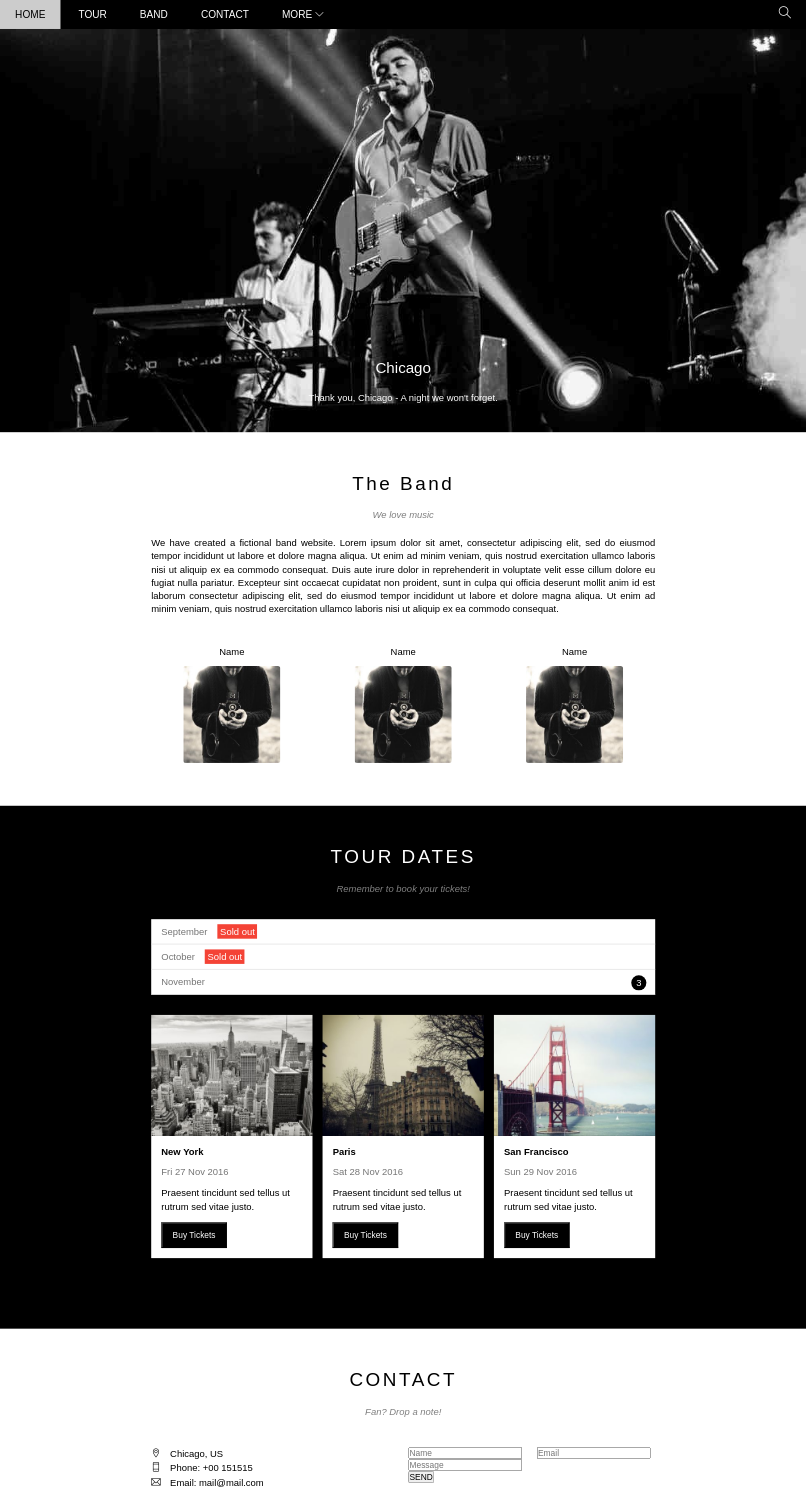
Repository: ducvui2003/LTCB
Page: index.html
The author's editor kept a copy of each file at every save. The page is drawn from the files as they stood at one save, then again after the next save.
The browser window is 1280 px wide. The pictures show the whole page, at 63% of full size.

Above is the page before, as saved 2022-01-13 10:41:53.

### index.html
<!DOCTYPE html>
<html lang="en">

<head>
    <meta charset="UTF-8">
    <meta http-equiv="X-UA-Compatible" content="IE=edge">
    <meta name="viewport" content="width=device-width, initial-scale=1.0">
    <title>The Band W3_School</title>
    <link rel="stylesheet" href="./assest/Css/styles.css">
    <link rel="stylesheet" href="./assest/Fonts/themify-icons-font (1)/themify-icons/themify-icons.css">
</head>

<body>
    <div id="main">
        <!-- Begin: Header -->
        <div id="header">
            <!-- Begin: Nav -->
            <ul id="nav">
                <li>
                    <a href="">Home</a>
                </li>
                <li>
                    <a href="">Tour</a>
                </li>
                <li>
                    <a href="">Band</a>
                </li>
                <li>
                    <a href="">Contact</a>
                </li>
                <li>
                    <a href="">
                        More
                        <!-- icons -->
                        <i class="nav-arrow-down ti-angle-down"></i>
                    </a>
                    <ul class="subnav">
                        <li>
                            <a href="">Merchandise</a>
                        </li>
                        <li>
                            <a href="">Extras</a>
                        </li>
                        <li>
                            <a href="">Media</a>
                        </li>
                    </ul>
                </li>
            </ul>
            <!-- End: Nav -->
            <!-- Begin: Search button -->
            <div class="search-button">
                <i class="search-icon ti-search"></i>
            </div>
            <!-- End: Search button -->
        </div>
        <!-- End: Header -->

        <!-- Begin: Slides -->
        <div id="slides">
            <div class="text-content">
                <h2 class="text-heading">Chicago</h2>
                <div class="text-paragraph">Thank you, Chicago - A night we won't forget.
                </div>
            </div>
        </div>
        <!-- End: Slides -->

        <!-- Begin: Content -->
        <div id="content">

            <!-- About section -->
            <div class="content-section">
                <h1 class="section-heading">The Band</h1>
                <p class="section-sub-heading">We love music

                </p>
                <p class="content-text">We have created a fictional band website. Lorem ipsum dolor sit amet, consectetur adipiscing elit, sed do eiusmod tempor incididunt ut labore et dolore magna aliqua. Ut enim ad minim veniam, quis nostrud exercitation ullamco laboris nisi
                    ut aliquip ex ea commodo consequat. Duis aute irure dolor in reprehenderit in voluptate velit esse cillum dolore eu fugiat nulla pariatur. Excepteur sint occaecat cupidatat non proident, sunt in culpa qui officia deserunt mollit anim
                    id est laborum consectetur adipiscing elit, sed do eiusmod tempor incididunt ut labore et dolore magna aliqua. Ut enim ad minim veniam, quis nostrud exercitation ullamco laboris nisi ut aliquip ex ea commodo consequat.</p>

                <!-- Team section -->
                <div class="row member-list">
                    <div class="col col-third text-align">
                        <p class="member-name">Name</p>
                        <img src="./assest/Img/Teams/membersAvatar.jpg" alt="Name" class="member-avatar">
                    </div>

                    <div class="col col-third text-align">
                        <p class="member-name">Name</p>
                        <img src="./assest/Img/Teams/membersAvatar.jpg" alt="Name" class="member-avatar">
                    </div>

                    <div class="col col-third text-align">
                        <p class="member-name">Name</p>
                        <img src="./assest/Img/Teams/membersAvatar.jpg" alt="Name" class="member-avatar">
                    </div>
                    <div class="clear"></div>
                </div>
            </div>

            <!-- Tour section -->
            <div class="tour-section">
                <div class="content-section">
                    <h1 class=" text-white section-heading">TOUR DATES</h1>
                    <p class="text-white section-sub-heading">Remember to book your tickets!</p>

                    <!-- Ticket-list -->
                    <ul class="ticket-list">
                        <li>September<span class="sold-out">Sold out</span></li>
                        <li>October<span class="sold-out">Sold out</span></li>
                        <li>November <span class="quantity">3</span></li>
                    </ul>

                    <!-- Places -->
                    <div class="row place-list">
                        <!-- Place 1 -->
                        <div class="col col-third">
                            <img src="./assest/Img/Places/place1.jpg" alt="New York" class="place-img">
                            <div class="place-body">
                                <h3 class="place-heading">New York</h3>
                                <p class="place-time">Fri 27 Nov 2016</p>
                                <p class="place-desc">Praesent tincidunt sed tellus ut rutrum sed vitae justo.</p>
                                <button class="buy-ticket js-buy-ticket">Buy Tickets</button>
                            </div>
                        </div>
                        <!-- Place 2 -->
                        <div class="col col-third">
                            <img src="./assest/Img/Places/place2.jpg" alt="Paris" class="place-img">
                            <div class="place-body">
                                <h3 class="place-heading">Paris</h3>
                                <p class="place-time">Sat 28 Nov 2016</p>
                                <p class="place-desc">Praesent tincidunt sed tellus ut rutrum sed vitae justo.</p>
                                <button class="buy-ticket js-buy-ticket">Buy Tickets</button>
                            </div>
                        </div>
                        <!-- Place 3 -->
                        <div class="col col-third">
                            <img src="./assest/Img/Places/place3.jpg" alt="San Francisco" class="place-img">
                            <div class="place-body">
                                <h3 class="place-heading">San Francisco</h3>
                                <p class="place-time">Sun 29 Nov 2016</p>
                                <p class="place-desc">Praesent tincidunt sed tellus ut rutrum sed vitae justo.</p>
                                <button class="buy-ticket js-buy-ticket">Buy Tickets</button>
                            </div>
                        </div>
                        <div class="clear"></div>
                    </div>
                </div>
            </div>

            <!-- Contact section -->
            <div class="content-section">
                <h1 class="section-heading">CONTACT</h1>
                <p class="section-sub-heading">Fan? Drop a note! </p>

                <div class="row contact-content">
                    <div class="col col-half contact-info">
                        <p><i class="ti-location-pin"></i>Chicago, US</p>
                        <p><i class="ti-mobile"></i>Phone: +00 151515</p>
                        <p><i class="ti-email"></i>Email: mail@mail.com</p>
                    </div>
                    <div class="col col-half contact-form">
                        <!-- Form -->
                        <form action="">
                            <div class="row">

                                <div class="col col-half ">
                                    <input type="text" placeholder="Name" class="form-control">
                                </div>

                                <div class="col col-half">
                                    <input type="email" placeholder="Email" class="form-control">
                                </div>

                            </div>
                            <div class="row">
                                <div class="col col-full">
                                    <input type="text" placeholder="Message" class="form-control">
                                </div>
                            </div>
                            <input type="submit" value="SEND">
                        </form>
                    </div>

                </div>
            </div>

        </div>

        <!-- End: Content -->
        <div id="footer"></div>
    </div>
    </div>

    <!-- Modal -->
    <div class="modal js-modal">

        <div class="modal-container js-modal-container">
            <div class="modal-close js-modal-close">
                <ti class="ti-close"></ti>
            </div>

            <!-- Thẻ header dùng y như thẻ div -->
            <header class="heading-modal">
                <i class="ti-bag">
            Tickets
            </i>
            </header>

            <div class="modal-body">
                <!-- quantity is id of input, it help user focus in label -->
                <label for="ticket-quantity" class="modal-label">
                    <i class="ti-shopping-cart"></i>
                    Tickets, $15 per person
                </label>
                <input id="ticket-quantity" type="text" class="modal-input" placeholder="How many?">

                <!-- quantity is id of input, it help user focus in label -->
                <label for="ticket-email" class="modal-label">
                    <i class="ti-user"></i>
                    Send To
                </label>
                <input id="ticket-email" type="email" class="modal-input" placeholder="Enter email">
                <button class="pay-ticket">
                    Pay
                    <i class="ti-check">
                    </i>
                </button>
            </div>

            <footer class="modal-footer">
                <p class="modal-help">Need <a href="">help?</a></p>
            </footer>
        </div>
    </div>


    <script>
        // querySelectorAll: Lấy ra tất cả
        const buyBtns = document.querySelectorAll('.js-buy-ticket')
            // querySelector: Lấy ra 1 thành phần
        const modal = document.querySelector('.modal')
        const modalClose = document.querySelector('.js-modal-close')
        const modalContainer = document.querySelector('.js-modal-container')

        // Function use to show modal tickets(add open to .modal)
        function showBuyTickets() {
            modal.classList.add('open')
        }

        // Function use to hide modal tikets (remove open of .modal)
        function hideBuyTickets() {
            modal.classList.remove('open')
        }

        // Loop 3 button and listen Event Click
        // Run 3 rounds
        for (const buyBtn of buyBtns) {
            // addEventListner: lắng nghe hành vi người dung (click chuột) bên trong là thao tác kèm theo đó là hành động xảy ra sau khi click vào đó, ở đây t để 1 hàm sau dâu (,) để show menu ticket
            buyBtn.addEventListener('click', showBuyTickets)
        }
        // Listen Event when user clicked button close

        modalClose.addEventListener('click', hideBuyTickets)

        modal.addEventListener('click', hideBuyTickets)

        modalContainer.addEventListener('click', function(event) {
            event.stopPropagation()
        })
    </script>
</body>

</html>

### assest/Css/styles.css
/* Common */

* {
    padding: 0;
    margin: 0;
    box-sizing: border-box;
}

html {
    font-family: Arial, Helvetica, sans-serif;
}

.clear {
    clear: both;
}


/* Dung cho chu mau trang */

.text-white {
    color: white !important;
}

.text-align {
    text-align: center !important;
}

.row {
    margin: 0px -8px;
}

.col {
    float: left;
    padding: 0 8px;
}

.col-full {
    width: 100%;
}

.col-half {
    width: 50%;
}

.col-third {
    width: calc(100% / 3);
}


/* main */

#main {}

#header {
    position: fixed;
    top: 0;
    right: 0;
    left: 0;
    /* fixed đang nổi lên nó sẽ nhường vị trí cho div slides tiếp theo */
    height: 46px;
    background-color: black;
    z-index: 1;
    /* dùng để thêm vào thẻ fixed nhằm đẩy block lên trên các block khác theo chiều cao, giá trị là 0, 1,... */
}

#nav {
    display: inline-block;
    /* display để thẻ nav chỉ dài đúng nội dung của nó thôi */
}

#nav,
.subnav {
    list-style: none;
}

#nav>li {
    display: inline-block;
}

#nav li {
    position: relative;
}

#nav>li>a {
    color: white;
    text-transform: uppercase;
    /* chinh chu thuong thanh hoa */
}

#nav li a {
    text-decoration: none;
    line-height: 46px;
    padding: 0 24px;
    display: block;
}

#nav li:hover .subnav {
    display: block;
}

#nav>li:hover>a,
#nav .subnav li:hover a {
    background-color: #ccc;
    color: black;
}

#nav li:hover a {
    /* line-height: 46px; */
}

#nav .subnav {
    display: none;
    position: absolute;
    top: 46px;
    background-color: #fff;
    box-shadow: 0 0 10px rgba(0, 0, 0, 0.3);
}

#nav .subnav li a {
    color: black;
    padding: 0 16px;
    line-height: 38px;
    width: 160px;
}

#nav .nav-arrow-down {
    font-size: 14px;
}

#header .search-button {
    float: right;
    /* thẻ search-button là thẻ div, có tính kế thừa chiều ngang, nên khi float vào sẽ vô hiệu hoá tính kế thừa chiều ngang đó */
    line-height: 46px;
    padding: 0 24px;
}

#header .search-button:hover {
    background-color: #f44336;
    cursor: pointer;
    /* Dùng để thay đổi con trỏ chuột khi di vào */
}

#header .search-icon {
    color: white;
    font-size: 20px;
}

#slides {
    /* min-height: 1000px; */
    /* background-color: pink; */
    margin-top: 46px;
    padding-top: 50%;
    /* 50% chieu ngang cua chinh the do */
    background: url('/assest/Img/Slides/ChicagoPicture.jpg') top center / cover no-repeat;
    /* shorthand */
    position: relative;
}

#slides .text-content {
    position: absolute;
    bottom: 46px;
    left: 50%;
    /* Cách lề trái 50% chiều ngang */
    transform: translateX(-50%);
    /* Dùng để lùi thẻ theo trục X 50% chiều dài -> Mục đích kết hợp vs transform để căn giữa block */
    color: white;
    text-align: center;
    /* Dùng để căn giữa content, ko dùng để căn block */
    /* cách 2: Thêm width: 100% */
    /* /* cách 3 left: 0 right: 0; */
}

#slides .text-heading {
    font-weight: 500;
    /* dùng để điều chỉnh lại độ dày của chữ, giá trị từ 100-1000  */
    font-size: 24px;
    margin-bottom: 25px;
}

#slides .text-paragraph {
    font-size: 15px;
}

#content {}

#content .content-section {
    width: 800px;
    padding: 64px 0;
    margin-left: auto;
    margin-right: auto;
}

#content .section-heading {
    font-size: 30px;
    font-weight: 500;
    text-align: center;
    letter-spacing: 4px;
}

#content .section-sub-heading {
    font-size: 15px;
    text-align: center;
    margin-top: 25px;
    font-style: italic;
    opacity: 0.5;
}

#content .content-text {
    font-size: 15px;
    margin-top: 25px;
    text-align: justify;
    /* Can deu van ban */
    line-height: 1.4;
    /* Khoang cach giua 2 hang chu */
}

#content .member-list {
    margin-top: 48px;
    /* overflow: hidden; */
}

#content .member-name {
    font-size: 15px;
}

#content .member-avatar {
    margin-top: 15px;
    width: 154px;
    /* Dung the <img> thì chỉ cần đặt 1 chiều */
    border-radius: 4px;
    /* Dùng để tạo bo góc của ảnh */
}


/* Tour-section */

#content .tour-section {
    background-color: black;
}


/* Ticket-list */

.ticket-list {
    background-color: white;
    margin-top: 40px;
}

.ticket-list li {
    font-size: 15px;
    padding: 11px 16px;
    border-bottom: 1px solid #ddd;
    color: #757575;
    list-style: none;
}

.ticket-list .sold-out {
    color: white;
    background-color: #f44336;
    margin-left: 16px;
    padding: 3px 4px;
}

.ticket-list .quantity {
    float: right;
    width: 24px;
    height: 24px;
    border-radius: 50%;
    /* Tao bop goc deu de co hinh tron */
    text-align: center;
    line-height: 24px;
    background-color: black;
    color: white;
    margin: -2px;
    /* Có thẻ float nên có thuộc tính block -> xét đc width, height, dùng đc margin (-) */
}


/* Plac-list */

.place-list {
    margin-top: 32px;
    padding-bottom: 48px;
}


/* .place-ticket {
    width: calc(100% / 3);
} */

.place-img {
    width: 100%;
    display: block;
}

.place-img:hover {
    opacity: 0.6;
}

.place-body {
    background-color: white;
    padding: 16px;
    font-size: 15px;
    /* font-size có tính kế thừa */
}

.place-heading {
    font-size: 15px;
    font-weight: 600;
}

.place-time {
    margin-top: 15px;
    color: #757575;
}

.place-desc {
    margin-top: 15px;
    line-height: 1.4;
}

.buy-ticket {
    color: white;
    background-color: black;
    text-decoration: none;
    display: inline-block;
    padding: 11px 16px;
    margin-top: 15px;
}

.buy-ticket:hover {
    color: black;
    background-color: #ccc;
}


/* Contact -form */

.contact-content {
    margin-top: 48px;
}

.contact-info {
    font-size: 15px;
    line-height: 1.5;
}

.contact-info i[class*="ti-"] {
    width: 30px;
    display: inline-block;
}

.contact-form {
    font-size: 15px;
}

.contact-form .form-cotrol {
    padding: 10px;
    border: 1px solid #ccc;
}

#footer {}


/* Modal */

.modal {
    /* Create Overlay */
    position: fixed;
    left: 0;
    right: 0;
    top: 0;
    bottom: 0;
    background-color: rgba(0, 0, 0, 0.4);
    /* Flex-box */
    /* Căn items theo chiều cao */
    align-items: center;
    /* Căn items theo chiều ngang */
    justify-content: center;
    display: none;
}

.modal.open {
    display: flex;
}

.modal-container {
    background-color: #fff;
    width: 900px;
    max-width: calc(100% - 32px);
    min-height: 200px;
    position: relative;
    animation: modalFadeIn ease 0.5s;
}

.modal-container .modal-close {
    position: absolute;
    top: 0;
    right: 0;
    font-size: 24px;
    color: white;
    /* Make Icon large */
    padding: 12px;
}

.modal-container .modal-close:hover {
    color: black;
    background-color: #ccc;
    cursor: pointer;
    opacity: 0.8;
}

.heading-modal {
    width: 100%;
    height: 129px;
    /* flex */
    display: flex;
    align-items: center;
    justify-content: center;
    background-color: #009688;
    font-size: 30px;
    color: white;
    font-family: 'Segoe UI', Tahoma, Geneva, Verdana, sans-serif;
    letter-spacing: 4px;
}

.modal-body {
    padding: 16px;
}

.modal-label {
    display: block;
    font-size: 15px;
    margin-bottom: 12px;
}

.modal-input {
    padding: 8px;
    border: 1px solid #ccc;
    width: 100%;
    font-size: 15px;
    margin-bottom: 24px;
}

.pay-ticket {
    width: 100%;
    padding: 18px;
    background-color: #009688;
    color: white;
    font-size: 15px;
    border: 0px none;
    text-transform: uppercase;
}

.pay-ticket:hover {
    color: black;
    background-color: #ccc;
    cursor: pointer;
    opacity: 0.9;
}

.modal-footer {
    padding: 16px;
    text-align: right;
}

.modal-footer .modal-help a {
    color: #2196F3;
}


/* animation */

@keyframes modalFadeIn {
    from {
        opacity: 0;
        transform: translateY(-140px);
    }
    to {
        opacity: 1;
        transform: translateY(0);
    }
}

Loaded but not shown: assest/Fonts/themify-icons-font (1)/themify-icons/themify-icons.css (common file)

After the next save:
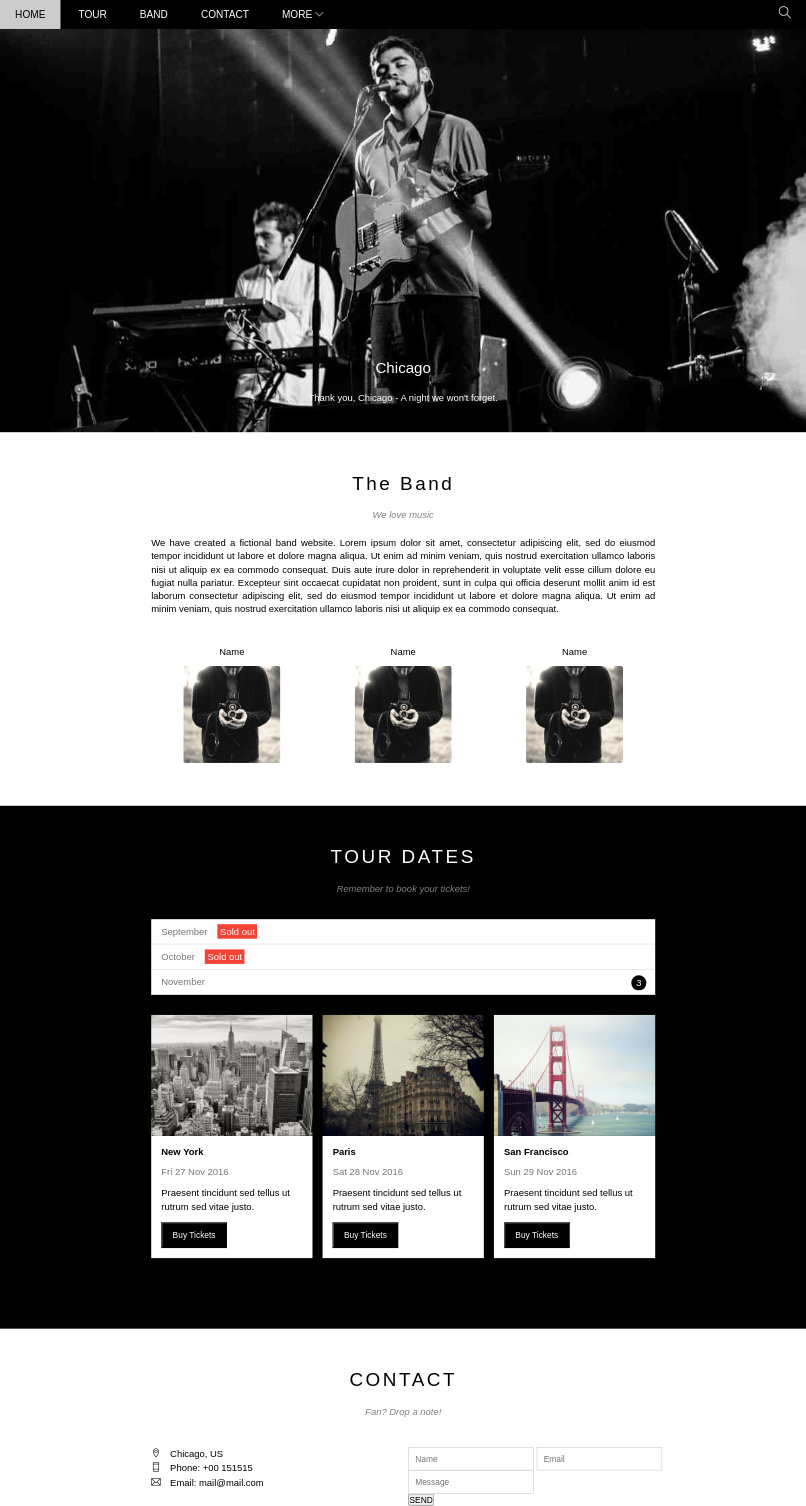
Saved 23 s later.
--- a/assest/Css/styles.css
+++ b/assest/Css/styles.css
@@ -354,7 +354,7 @@
     font-size: 15px;
 }
 
-.contact-form .form-cotrol {
+.contact-form .form-control {
     padding: 10px;
     border: 1px solid #ccc;
 }
